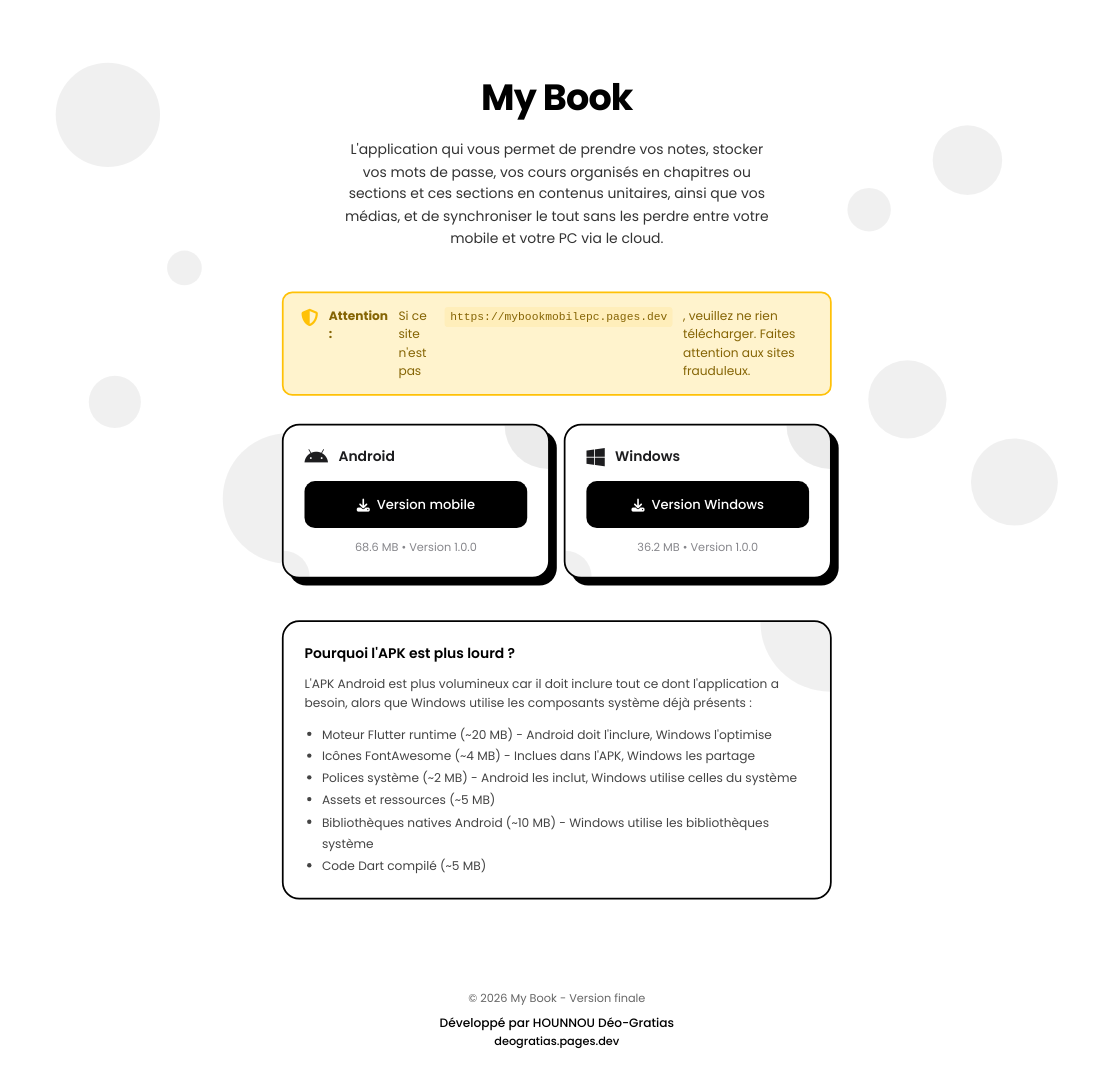
Repository: Deogratiasdev/app
Page: test.html
These files come from the project's save history. The page is drawn as it stood at one moment and after the next save; the edit follows.
The browser window is 1280 px wide. The pictures show the whole page, at 87% of full size.

Above is the page before, as saved 2026-04-12 00:22:20.

### test.html
<!DOCTYPE html>
<html lang="fr">
<head>
    <meta charset="UTF-8">
    <meta name="viewport" content="width=device-width, initial-scale=1.0">
    <title>My Book - Téléchargement</title>
    <link rel="preconnect" href="https://fonts.googleapis.com">
    <link rel="preconnect" href="https://fonts.gstatic.com" crossorigin>
    <link href="https://fonts.googleapis.com/css2?family=Poppins:wght@300;400;500;600;700&display=swap" rel="stylesheet">
    <link rel="stylesheet" href="https://cdnjs.cloudflare.com/ajax/libs/font-awesome/6.4.0/css/all.min.css">
    <style>
        * {
            margin: 0;
            padding: 0;
            box-sizing: border-box;
        }
        body {
            font-family: 'Poppins', sans-serif;
            background: #ffffff;
            color: #000000;
            line-height: 1.5;
            min-height: 100vh;
            display: flex;
            flex-direction: column;
        }
        .container {
            max-width: 680px;
            margin: 0 auto;
            padding: 80px 24px;
            flex: 1;
        }
        .header {
            text-align: center;
            margin-bottom: 48px;
        }
        .warning-box {
            background: #fff3cd;
            border: 2px solid #ffc107;
            border-radius: 12px;
            padding: 16px 20px;
            margin-bottom: 32px;
            font-size: 14px;
            color: #856404;
            display: flex;
            align-items: flex-start;
            gap: 12px;
        }
        .warning-box i {
            font-size: 20px;
            color: #ffc107;
            margin-top: 2px;
        }
        .warning-box code {
            background: #ffeeba;
            padding: 2px 6px;
            border-radius: 4px;
            font-family: 'Courier New', monospace;
            font-size: 13px;
        }
        h1 {
            font-size: 42px;
            font-weight: 700;
            margin-bottom: 16px;
            letter-spacing: -1px;
            color: #000000;
        }
        .description {
            font-size: 16px;
            color: #333333;
            line-height: 1.6;
            max-width: 500px;
            margin: 0 auto;
        }
        .downloads {
            display: flex;
            flex-direction: column;
            gap: 16px;
            margin-bottom: 48px;
        }
        .download-card {
            background: #ffffff;
            border: 2px solid #000000;
            border-radius: 20px;
            padding: 24px;
            position: relative;
            overflow: hidden;
            transition: transform 0.3s ease;
            box-shadow: 8px 8px 0px #000000;
        }
        .download-card:hover {
            transform: translateY(-4px);
            box-shadow: 12px 12px 0px #000000;
        }
        .download-card::before {
            content: '';
            position: absolute;
            top: -50px;
            right: -50px;
            width: 100px;
            height: 100px;
            background: #000000;
            border-radius: 50%;
            opacity: 0.08;
        }
        .download-card::after {
            content: '';
            position: absolute;
            bottom: -30px;
            left: -30px;
            width: 60px;
            height: 60px;
            background: #000000;
            border-radius: 50%;
            opacity: 0.06;
        }
        .download-card-header {
            display: flex;
            align-items: center;
            margin-bottom: 16px;
        }
        .download-card-header i {
            font-size: 24px;
            margin-right: 12px;
            color: #1d1d1f;
        }
        .download-card-header h2 {
            font-size: 16px;
            font-weight: 600;
            color: #1d1d1f;
        }
        .download-btn {
            display: flex;
            align-items: center;
            justify-content: center;
            width: 100%;
            padding: 16px 24px;
            background: #000000;
            color: #ffffff;
            text-decoration: none;
            font-size: 15px;
            font-weight: 500;
            border: none;
            border-radius: 12px;
            transition: background 0.2s ease;
        }
        .download-btn:hover {
            background: #333333;
        }
        .download-btn i {
            margin-right: 8px;
        }
        .download-info {
            font-size: 13px;
            color: #86868b;
            margin-top: 12px;
            text-align: center;
        }
        .info-section {
            background: #ffffff;
            border: 2px solid #000000;
            border-radius: 20px;
            padding: 24px;
            position: relative;
            overflow: hidden;
        }
        .info-section::before {
            content: '';
            position: absolute;
            top: -80px;
            right: -80px;
            width: 160px;
            height: 160px;
            background: #000000;
            border-radius: 50%;
            opacity: 0.06;
        }
        .info-section h3 {
            font-size: 16px;
            font-weight: 600;
            color: #000000;
            margin-bottom: 12px;
        }
        .info-section p {
            font-size: 14px;
            color: #444444;
            line-height: 1.6;
            margin-bottom: 12px;
        }
        .info-section ul {
            font-size: 14px;
            color: #444444;
            line-height: 1.8;
            margin-left: 20px;
        }
        .footer {
            text-align: center;
            padding: 24px;
            font-size: 13px;
            color: #666666;
        }
        .footer a {
            color: #000000;
            text-decoration: none;
            font-weight: 500;
            transition: color 0.2s ease;
        }
        .footer a:hover {
            color: #333333;
            text-decoration: underline;
        }
        .author {
            margin-top: 8px;
            font-size: 14px;
            font-weight: 500;
            color: #000000;
        }

        /* Bulles figées en background */
        .bg-bubbles {
            position: fixed;
            top: 0;
            left: 0;
            width: 100%;
            height: 100%;
            pointer-events: none;
            z-index: -1;
            overflow: hidden;
        }
        .bg-bubbles .bubble {
            position: absolute;
            background: #000000;
            border-radius: 50%;
            opacity: 0.06;
        }
        .bg-bubbles .bubble:nth-child(1) { width: 120px; height: 120px; top: 10%; left: 5%; }
        .bg-bubbles .bubble:nth-child(2) { width: 80px; height: 80px; top: 20%; right: 10%; }
        .bg-bubbles .bubble:nth-child(3) { width: 60px; height: 60px; top: 60%; left: 8%; }
        .bg-bubbles .bubble:nth-child(4) { width: 100px; height: 100px; top: 70%; right: 5%; }
        .bg-bubbles .bubble:nth-child(5) { width: 40px; height: 40px; top: 40%; left: 15%; }
        .bg-bubbles .bubble:nth-child(6) { width: 150px; height: 150px; bottom: 10%; left: 20%; }
        .bg-bubbles .bubble:nth-child(7) { width: 50px; height: 50px; top: 30%; right: 20%; }
        .bg-bubbles .bubble:nth-child(8) { width: 90px; height: 90px; bottom: 30%; right: 15%; }
        @media (min-width: 768px) {
            .downloads {
                flex-direction: row;
            }
            .download-card {
                flex: 1;
            }
        }
    </style>
</head>
<body>
    <div class="bg-bubbles">
        <div class="bubble"></div>
        <div class="bubble"></div>
        <div class="bubble"></div>
        <div class="bubble"></div>
        <div class="bubble"></div>
        <div class="bubble"></div>
        <div class="bubble"></div>
        <div class="bubble"></div>
    </div>
    <div class="container">
        <div class="header">
            <h1>My Book</h1>
            <p class="description">L'application qui vous permet de prendre vos notes, stocker vos mots de passe, vos cours organisés en chapitres ou sections et ces sections en contenus unitaires, ainsi que vos médias, et de synchroniser le tout sans les perdre entre votre mobile et votre PC via le cloud.</p>
        </div>

        <div class="warning-box">
            <i class="fas fa-shield-alt"></i>
            <strong>Attention :</strong> Si ce site n'est pas <code>https://mybookmobilepc.pages.dev</code>, veuillez ne rien télécharger. Faites attention aux sites frauduleux.
        </div>

        <div class="downloads">
            <div class="download-card">
                <div class="download-card-header">
                    <i class="fab fa-android"></i>
                    <h2>Android</h2>
                </div>
                <a href="https://github.com/Deogratiasdev/app/raw/main/releases/MyBook.apk" download class="download-btn"><i class="fas fa-download"></i> Version mobile</a>
                <p class="download-info">68.6 MB • Version 1.0.0</p>
            </div>

            <div class="download-card">
                <div class="download-card-header">
                    <i class="fab fa-windows"></i>
                    <h2>Windows</h2>
                </div>
                <a href="https://github.com/Deogratiasdev/app/raw/main/releases/MyBook_Setup.exe" download class="download-btn"><i class="fas fa-download"></i> Version Windows</a>
                <p class="download-info">36.2 MB • Version 1.0.0</p>
            </div>
        </div>

        <div class="info-section">
            <h3>Pourquoi l'APK est plus lourd ?</h3>
            <p>L'APK Android est plus volumineux car il doit inclure tout ce dont l'application a besoin, alors que Windows utilise les composants système déjà présents :</p>
            <ul>
                <li>Moteur Flutter runtime (~20 MB) - Android doit l'inclure, Windows l'optimise</li>
                <li>Icônes FontAwesome (~4 MB) - Inclues dans l'APK, Windows les partage</li>
                <li>Polices système (~2 MB) - Android les inclut, Windows utilise celles du système</li>
                <li>Assets et ressources (~5 MB)</li>
                <li>Bibliothèques natives Android (~10 MB) - Windows utilise les bibliothèques système</li>
                <li>Code Dart compilé (~5 MB)</li>
            </ul>
        </div>
    </div>

    <div class="footer">
        © 2026 My Book - Version finale<br>
        <div class="author">Développé par HOUNNOU Déo-Gratias</div>
        <a href="https://deogratias.pages.dev" target="_blank">deogratias.pages.dev</a>
    </div>
</body>
</html>

After the next save:
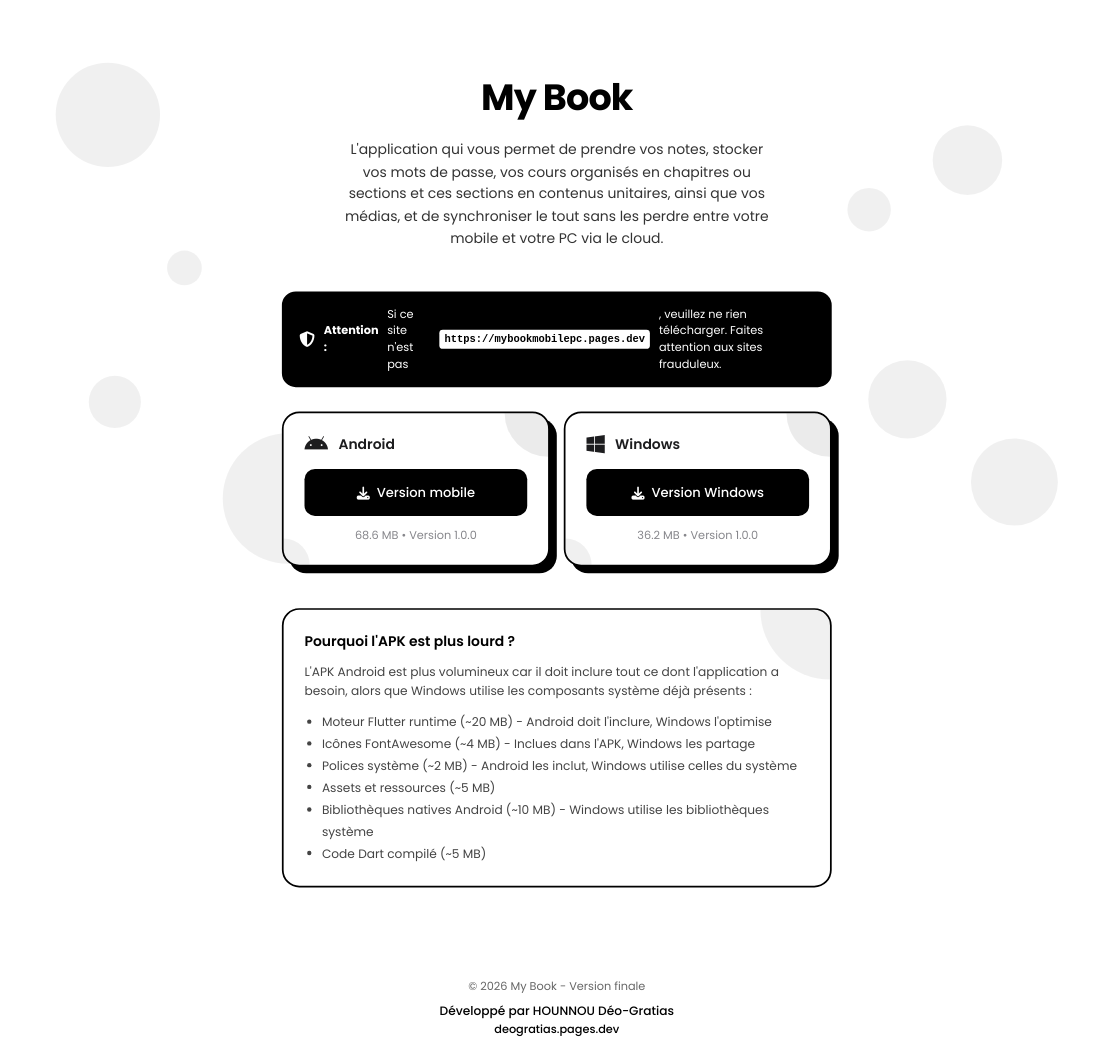
Saved 55 s later.
--- a/test.html
+++ b/test.html
@@ -34,28 +34,30 @@
             margin-bottom: 48px;
         }
         .warning-box {
-            background: #fff3cd;
-            border: 2px solid #ffc107;
-            border-radius: 12px;
-            padding: 16px 20px;
-            margin-bottom: 32px;
-            font-size: 14px;
-            color: #856404;
-            display: flex;
-            align-items: flex-start;
-            gap: 12px;
+            background: #000000;
+            border: 2px solid #000000;
+            border-radius: 16px;
+            padding: 14px 18px;
+            margin-bottom: 28px;
+            font-size: 13px;
+            color: #ffffff;
+            display: flex;
+            align-items: center;
+            gap: 10px;
         }
         .warning-box i {
-            font-size: 20px;
-            color: #ffc107;
-            margin-top: 2px;
+            font-size: 18px;
+            color: #ffffff;
+            flex-shrink: 0;
         }
         .warning-box code {
-            background: #ffeeba;
+            background: #ffffff;
+            color: #000000;
             padding: 2px 6px;
             border-radius: 4px;
             font-family: 'Courier New', monospace;
-            font-size: 13px;
+            font-size: 12px;
+            font-weight: 600;
         }
         h1 {
             font-size: 42px;
